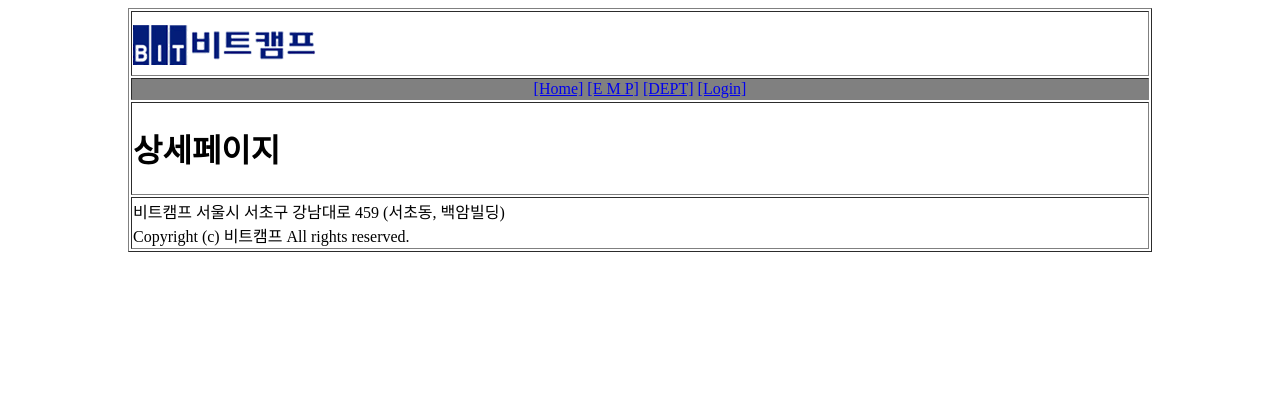
Repository: Lee-seongBeom/bitclass
Page: http://localhost/web06/edit.jsp
These files come from the project's save history. The page is drawn as it stood at one moment and after the next save; the edit follows.
The browser window is 1280 px wide. The pictures show the whole page.
The page is served by Tomcat 9.

Above is the page before, as saved 2020-07-06 06:52:08.

### web/web06/WebContent/edit.jsp
<%@ page language="java" contentType="text/html; charset=EUC-KR"
    pageEncoding="EUC-KR"%>
<!DOCTYPE html PUBLIC "-//W3C//DTD HTML 4.01 Transitional//EN" "http://www.w3.org/TR/html4/loose.dtd">
<html>
<head>
<meta http-equiv="Content-Type" content="text/html; charset=EUC-KR">
<title>Insert title here</title>
</head>
<body>
	<table border="1" width="1024" align="center">
		<tr>
			<td>
				<img src="img/logo.png">
			</td>
		</tr>
		<tr>
			<td bgcolor="gray" align="center">
				<a href="./">[Home]</a>
				<a href="/web06/list.jsp">[E M P]</a>
				<a href="#">[DEPT]</a>
				<a href="#">[Login]</a>
			</td>
		</tr>
		<tr>
			<td>
			<!--content start  -->
			<h1>상세페이지</h1>
			<!--content end -->
			</td>
		</tr>
		<tr>
			<td>비트캠프 서울시 서초구 강남대로 459 (서초동, 백암빌딩)<br>
				Copyright (c) 비트캠프 All rights reserved.
			</td>
		</tr>
	</table>
</body>
</html>

After the next save:
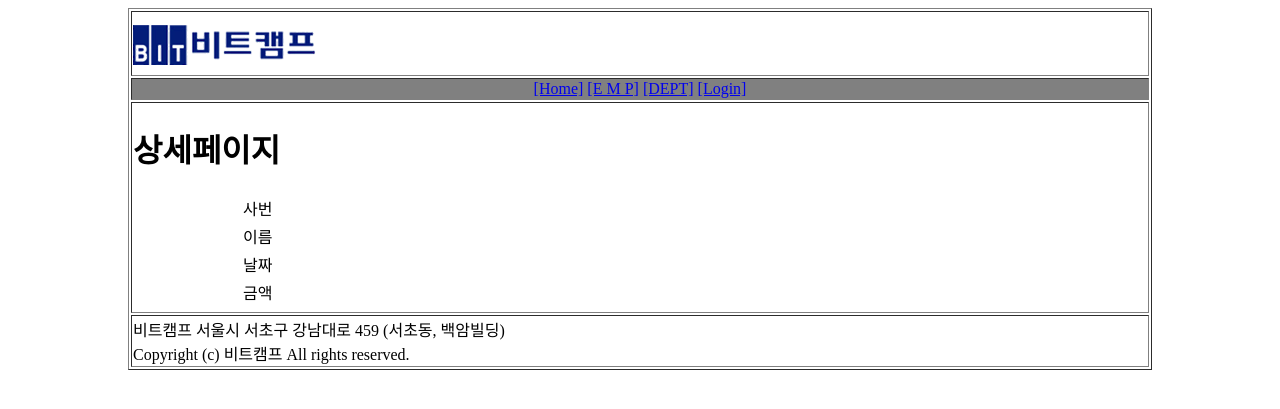
Saved 48 s later.
--- a/web/web06/WebContent/edit.jsp
+++ b/web/web06/WebContent/edit.jsp
@@ -25,6 +25,28 @@
 			<td>
 			<!--content start  -->
 			<h1>상세페이지</h1>
+			<table width="800" align="center">
+				<tr>
+					<td>사번</td>
+					<td></td>
+				</tr>
+				<tr>
+					<td>이름</td>
+					<td></td>
+				</tr>
+				<tr>
+					<td>날짜</td>
+					<td></td>
+				</tr>
+				<tr>
+					<td>금액</td>
+					<td></td>
+				</tr>
+				<tr>
+					<td></td>
+					<td></td>
+				</tr>
+			</table>
 			<!--content end -->
 			</td>
 		</tr>
